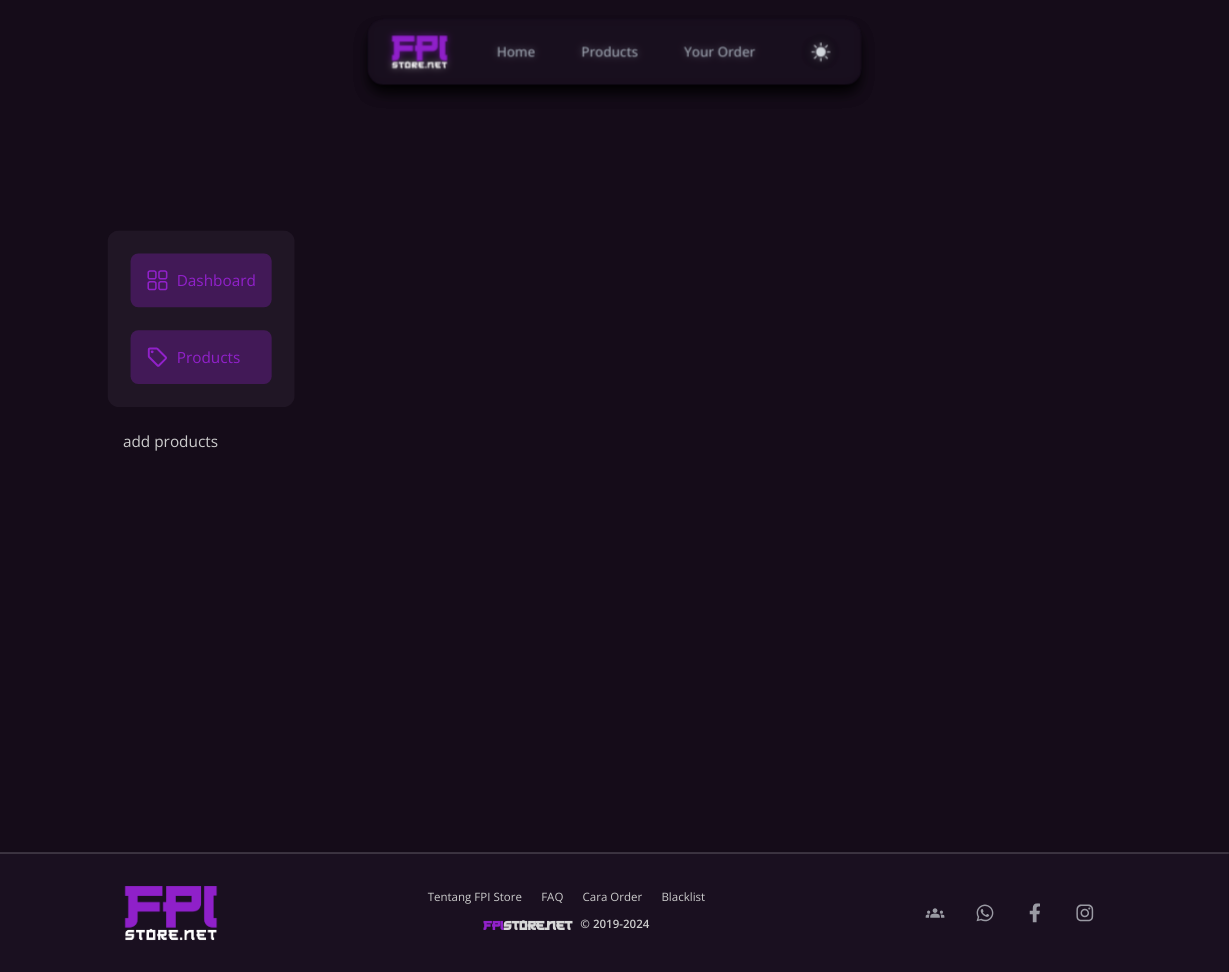
Repository: rezzadtyp/fpistore.net
Page: /dashboard/add-products
The author's editor kept a copy of each file at every save. The page is drawn from the files as they stood at one save, then again after the next save.
The browser window is 1280 px wide. The pictures show the whole page, at 96% of full size.
The project was rebuilt for these pictures with package versions that can differ from the ones it lists, and the page was loaded fresh each time. The framework's server and built-in components were replaced by stand-ins that run in the browser. Also part of the build but not shown: next.config.mjs, components/shared/Loading.tsx.

Above is the page before, as saved 2024-08-16 01:59:35.

After the next save:
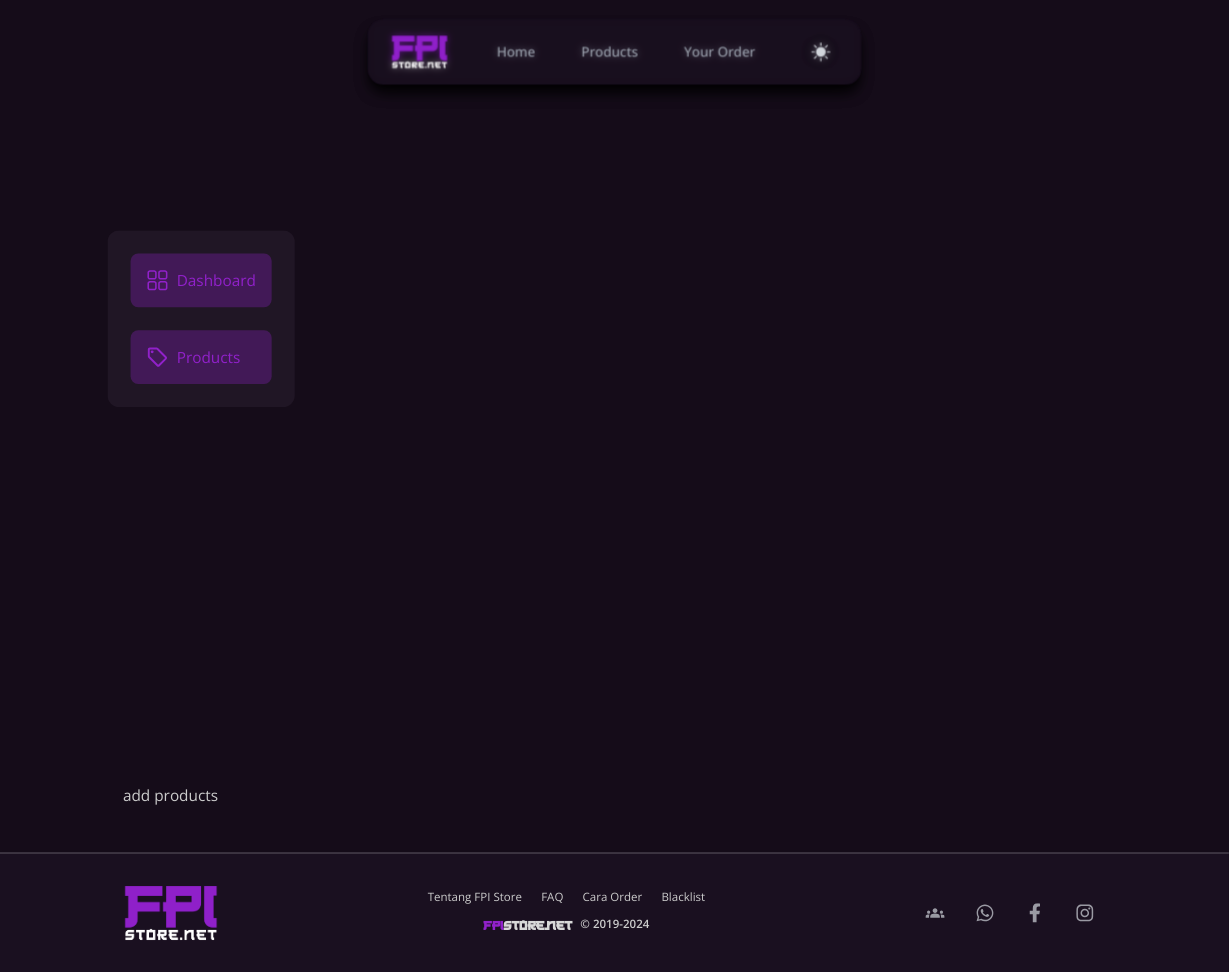
Saved 15 s later.
--- a/app/(root)/dashboard/layout.tsx
+++ b/app/(root)/dashboard/layout.tsx
@@ -9,7 +9,7 @@ const Layout = ({ children }: { children: React.ReactNode }) => {
   return (
     <main className='relative '>
       <Navbar />
-      <section className='flex min-h-screen flex-1 flex-col gap-6 px-6 pb-6 md:pt-10 lg:pt-24 max-md:pb-14 sm:px-14'>
+      <section className='flex min-h-screen justify-between flex-1 flex-col gap-6 px-6 pb-6 md:pt-10 lg:pt-24 max-md:pb-14 sm:px-14'>
         <section className='custom-scrollbar bg-light-200 dark:bg-dark-500 light-border rounded-xl sticky h-fit lg:left-0 lg:top-4 flex w-fit md:flex-col justify-between overflow-y-auto p-6 shadow-black/20 shadow-xl dark:shadow-none lg:w-fit'>
           <div className='flex flex-1 flex-col max-sm:flex-row gap-6 '>
             {/* masih static */}
